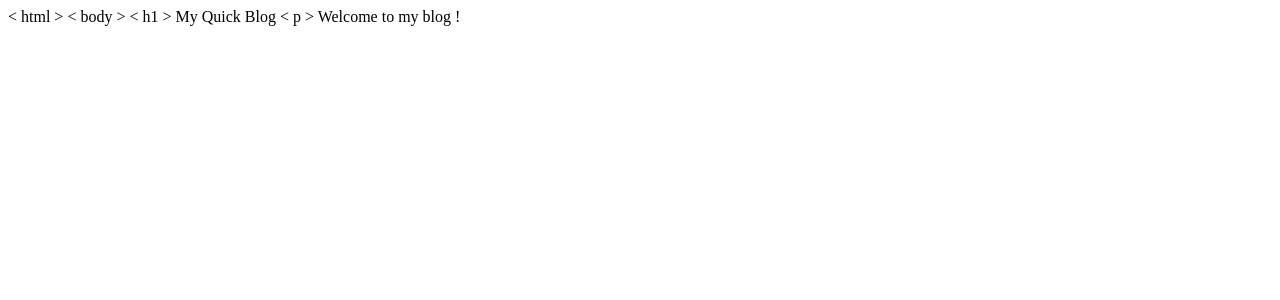
Repository: yogesh-rodge/Spring-boot-welcome
Page: http://localhost/index
These files come from the project's save history. The page is drawn as it stood at one moment and after the next save; the edit follows.
The browser window is 1280 px wide. The pictures show the whole page.
The page is this project's Thymeleaf template; nobody is signed in. The template is opened directly, without the code that normally fills it, so the values that code supplies are empty.

Above is the page before, as saved 2020-01-04 20:12:37.

### Spring-boot-thymleaf-Demo/src/main/resources/templates/index.html
< html >
< body >
< h1 > My Quick Blog </ h1 >
< p >
     Welcome to my blog</ span > !
</ p >
</ body >
</ html

After the next save:
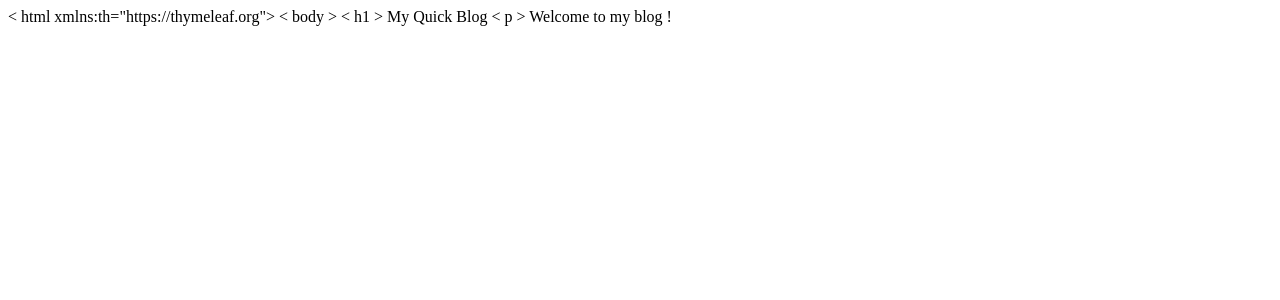
Saved 2 min 31 s later.
--- a/Spring-boot-thymleaf-Demo/src/main/resources/templates/index.html
+++ b/Spring-boot-thymleaf-Demo/src/main/resources/templates/index.html
@@ -1,4 +1,4 @@
-< html >
+< html xmlns:th="https://thymeleaf.org">
 < body >
 < h1 > My Quick Blog </ h1 >
 < p >
